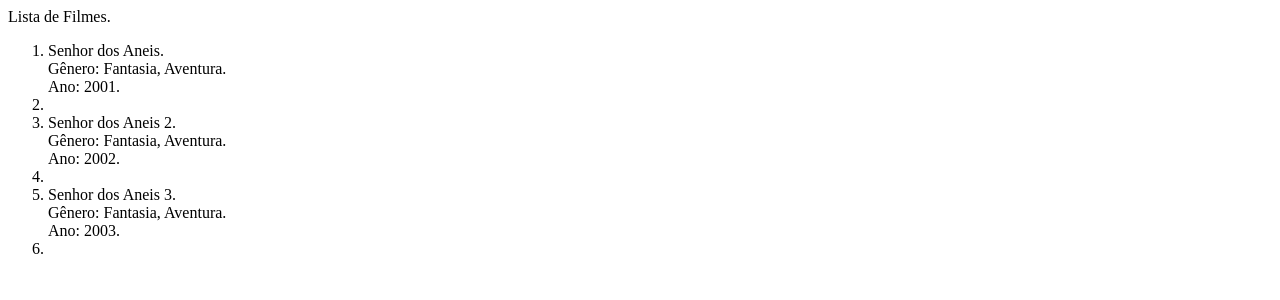
Repository: Felipe-Noguez/java_front_back_dell_lead
Page: CatalogoDeFilmes/WebContent/listadefilmes.html
The author's editor kept a copy of each file at every save. The page is drawn from the files as they stood at one save, then again after the next save.
The browser window is 1280 px wide. The pictures show the whole page.

Above is the page before, as saved 2022-02-07 01:05:09.

### CatalogoDeFilmes/WebContent/listadefilmes.html
<!DOCTYPE html>
<html>
<head>
<meta charset="ISO-8859-1">
<title>Lista de filmes</title>
</head>
<body>

	Lista de Filmes.

	<ol>
		<li>
			Senhor dos Aneis. <br>
			Gênero: Fantasia, Aventura.<br>
			Ano: 2001.
		<li>
		<li>
			Senhor dos Aneis 2. <br>
			Gênero: Fantasia, Aventura.<br>
			Ano: 2002.
		<li>
		<li>
			Senhor dos Aneis 3. <br>
			Gênero: Fantasia, Aventura.<br>
			Ano: 2003.
		<li>
	</ol>

</body>
</html>

After the next save:
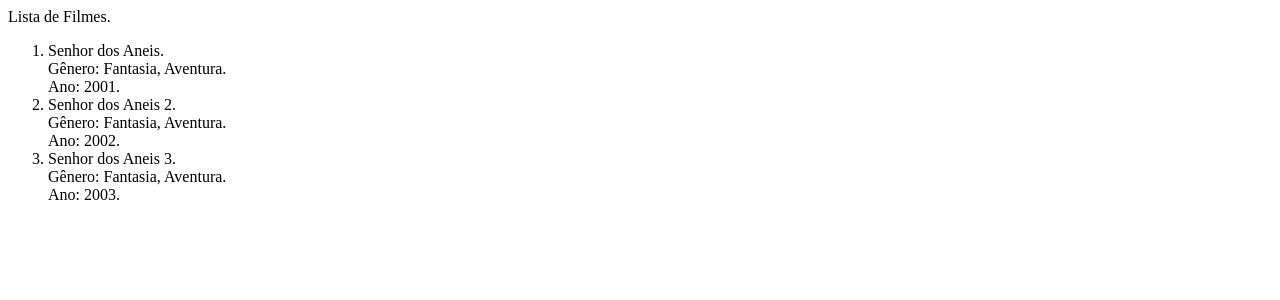
Saved 24 s later.
--- a/CatalogoDeFilmes/WebContent/listadefilmes.html
+++ b/CatalogoDeFilmes/WebContent/listadefilmes.html
@@ -13,17 +13,17 @@
 			Senhor dos Aneis. <br>
 			Gênero: Fantasia, Aventura.<br>
 			Ano: 2001.
-		<li>
+		</li>
 		<li>
 			Senhor dos Aneis 2. <br>
 			Gênero: Fantasia, Aventura.<br>
 			Ano: 2002.
-		<li>
+		</li>
 		<li>
 			Senhor dos Aneis 3. <br>
 			Gênero: Fantasia, Aventura.<br>
 			Ano: 2003.
-		<li>
+		</li>
 	</ol>
 
 </body>
